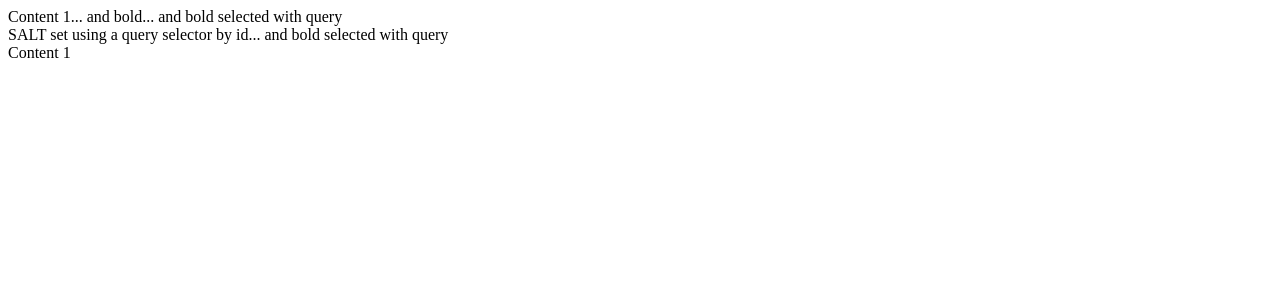
Repository: sammkrt/saltPrecourse
Page: jsDom-trainingGround/index.html
An editor plug-in stored every save of this project. The page is shown before and after the next save, followed by the edit.
The browser window is 1280 px wide. The pictures show the whole page.

Above is the page before, as saved 2022-12-23 14:37:31.

After the next save:
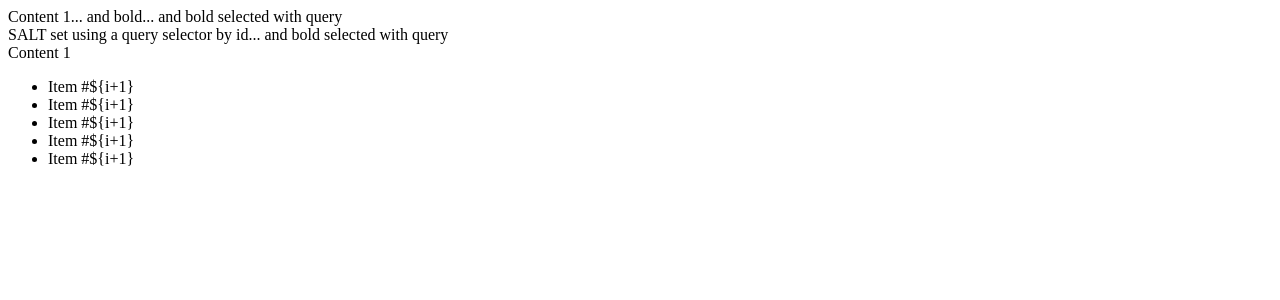
Saved 73 s later.
--- a/jsDom-trainingGround/index.html
+++ b/jsDom-trainingGround/index.html
@@ -16,6 +16,8 @@
                 liItem.textContent = 'Item #${i+1}';
                 ulItem.appendChild(liItem);
             }
+            const main = document.querySelector('main');
+            main.appendChild(ulItem);
         }
     </script>
 </head>
